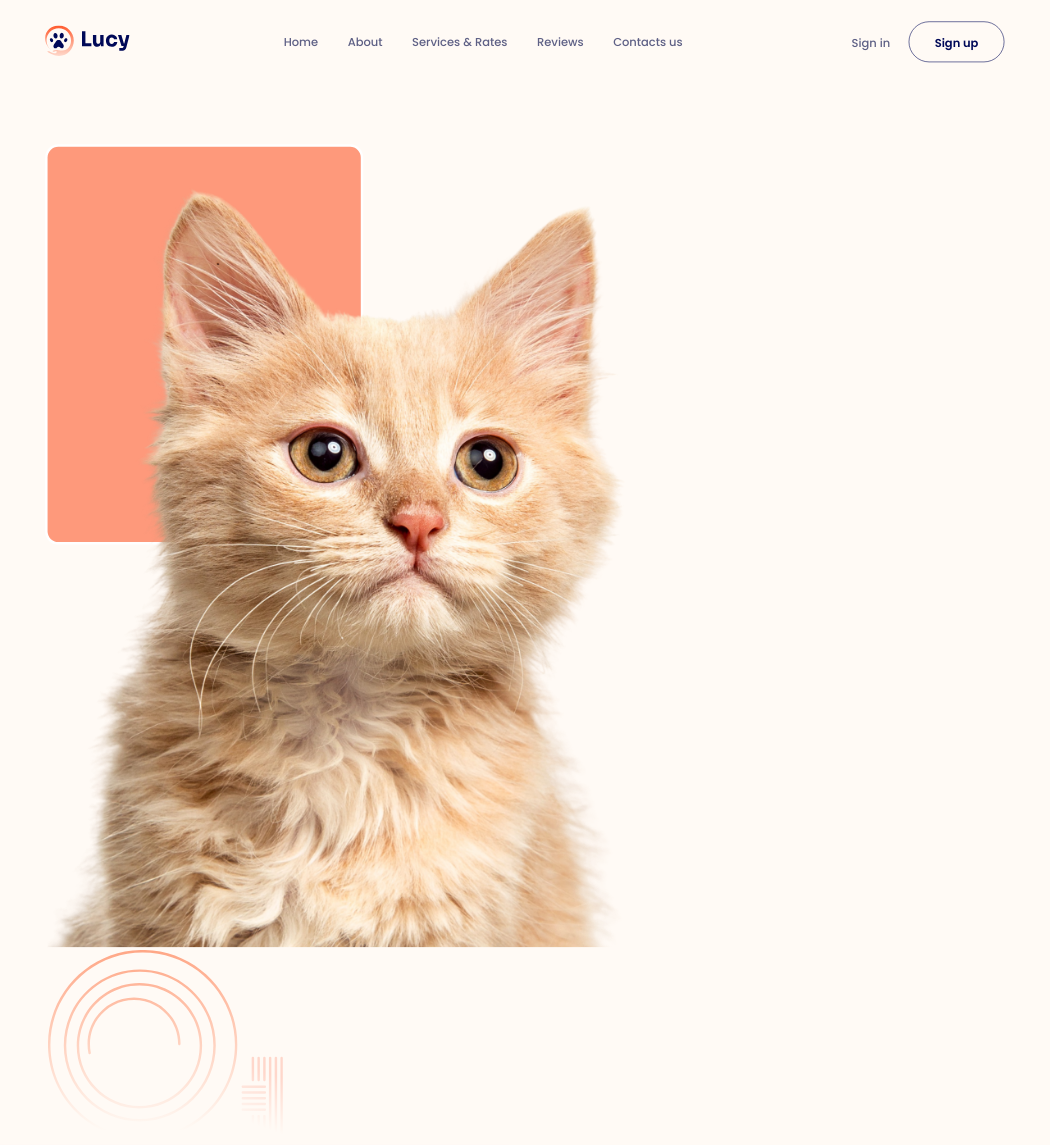
Repository: empty24062002/f8-project-05
Page: index.html
An editor plug-in stored every save of this project. The page is shown before and after the next save, followed by the edit.
The browser window is 1280 px wide. The pictures show the whole page, at 82% of full size.

Above is the page before, as saved 2023-09-09 17:17:31.

### index.html
<!DOCTYPE html>
<html lang="en">
    <head>
        <meta charset="UTF-8" />
        <meta name="viewport" content="width=device-width, initial-scale=1.0" />
        <title>Lucy</title>
        <!-- favicon -->
        <link
            rel="apple-touch-icon"
            sizes="57x57"
            href="./assets/favicon/apple-icon-57x57.png"
        />
        <link
            rel="apple-touch-icon"
            sizes="60x60"
            href="./assets/favicon/apple-icon-60x60.png"
        />
        <link
            rel="apple-touch-icon"
            sizes="72x72"
            href="./assets/favicon/apple-icon-72x72.png"
        />
        <link
            rel="apple-touch-icon"
            sizes="76x76"
            href="./assets/favicon/apple-icon-76x76.png"
        />
        <link
            rel="apple-touch-icon"
            sizes="114x114"
            href="./assets/favicon/apple-icon-114x114.png"
        />
        <link
            rel="apple-touch-icon"
            sizes="120x120"
            href="./assets/favicon/apple-icon-120x120.png"
        />
        <link
            rel="apple-touch-icon"
            sizes="144x144"
            href="./assets/favicon/apple-icon-144x144.png"
        />
        <link
            rel="apple-touch-icon"
            sizes="152x152"
            href="./assets/favicon/apple-icon-152x152.png"
        />
        <link
            rel="apple-touch-icon"
            sizes="180x180"
            href="./assets/favicon/apple-icon-180x180.png"
        />
        <link
            rel="icon"
            type="image/png"
            sizes="192x192"
            href="./assets/favicon/android-icon-192x192.png"
        />
        <link
            rel="icon"
            type="image/png"
            sizes="32x32"
            href="./assets/favicon/favicon-32x32.png"
        />
        <link
            rel="icon"
            type="image/png"
            sizes="96x96"
            href="./assets/favicon/favicon-96x96.png"
        />
        <link
            rel="icon"
            type="image/png"
            sizes="16x16"
            href="./assets/favicon/favicon-16x16.png"
        />
        <link rel="manifest" href="./assets/favicon/manifest.json" />
        <meta name="msapplication-TileColor" content="#ffffff" />
        <meta
            name="msapplication-TileImage"
            content="./assets/favicon/ms-icon-144x144.png"
        />
        <meta name="theme-color" content="#ffffff" />
        <!-- reset CSS -->
        <link rel="stylesheet" href="./assets/css/reset.css" />
        <!-- embed font -->
        <link rel="preconnect" href="https://fonts.googleapis.com" />
        <link rel="preconnect" href="https://fonts.gstatic.com" crossorigin />
        <link
            href="https://fonts.googleapis.com/css2?family=Poppins:wght@300;400;500;600&family=Sora:wght@600;700;800&display=swap"
            rel="stylesheet"
        />
        <!-- style css -->
        <link rel="stylesheet" href="./assets/css/styles.css" />
    </head>
    <body>
        <!-- header -->
        <header class="header">
            <div class="container">
                <div class="header__inner">
                    <!-- logo -->
                    <a href="#!">
                        <img
                            src="./assets/img/logo.svg"
                            alt="Lucy"
                            class="header__logo"
                        />
                    </a>
                    <!-- navbar -->
                    <nav class="navbar">
                        <ul class="navbar__list">
                            <li class="navbar__item">
                                <a href="#!" class="navbar__link"> Home </a>
                            </li>
                            <li class="navbar__item">
                                <a href="#!" class="navbar__link"> About </a>
                            </li>
                            <li class="navbar__item">
                                <a href="#!" class="navbar__link"
                                    >Services & Rates
                                </a>
                            </li>
                            <li class="navbar__item">
                                <a href="#!" class="navbar__link"> Reviews </a>
                            </li>
                            <li class="navbar__item">
                                <a href="#!" class="navbar__link">
                                    Contacts us
                                </a>
                            </li>
                        </ul>
                    </nav>
                    <!-- header action -->
                    <div class="header-action">
                        <a href="#!" class="header-action__link">Sign in</a>
                        <a href="#!" class="btn header-action__btn">Sign up</a>
                    </div>
                </div>
            </div>
        </header>
        <!-- hero -->
        <section class="hero">
            <div class="container">
                <div class="hero__inner">
                    <!-- hero media -->
                    <div class="hero__media">
                        <div class="hero__img-wrap">
                            <img
                                src="./assets/img/hero__img1.png"
                                alt=""
                                class="hero__img"
                            />

                            <!-- Decorators -->
                            <img
                                src="./assets/img/decor__01.svg"
                                alt=""
                                class="hero__decor"
                            />
                            <img
                                src="./assets/img/decor__02.svg"
                                alt=""
                                class="hero__decor"
                            />
                        </div>
                    </div>
                    <!-- hero content -->
                    <section class="hero__content"></section>
                </div>
            </div>
        </section>
    </body>
</html>

### assets/css/styles.css
* {
    box-sizing: border-box;
}

html {
    font-size: 62.5%;
}

body {
    font-size: 1.6rem;
    font-family: "Poppins", sans-serif;
    background: #fffaf5;
}

/* common */

h1,
h2,
h3,
h4,
h5,
h6 {
    font-family: "Sora", sans-serif;
}

input,
textarea,
select,
button {
    font-size: inherit;
    font-family: inherit;
}

a {
    text-decoration: none;
}

.container {
    width: 1170px;
    max-width: calc(100% - 48px);
    margin: 0 auto;
}

.btn {
    --height: 56px;

    display: inline-block;
    min-width: 130px;
    height: var(--height);
    line-height: var(--height);
    border: 1px solid rgb(0, 9, 88, 0.7);
    border-radius: 99px;
    color: #000958;
    text-align: center;
    font-size: 1.4rem;
    font-weight: 600;
}

.btn:hover {
    opacity: 0.8;
}

/* header */
.header {
    padding: 26px 0;
}

.header__inner {
    display: flex;
    justify-content: space-between;
    align-items: center;
}

.navbar__list {
    display: flex;
}

.navbar__link,
.header-action__link {
    padding: 8px 18px;
    color: #5e6085;
    font-size: 1.4rem;
    font-weight: 500;
    line-height: 1; /* 100% */
}

.navbar__link:hover {
    color: #000958;
    text-shadow: 1px 0 0 currentColor;
}

.header-action__btn {
    --height: 50px;

    min-width: 117px;
}

/* hero */
.hero {
    margin-top: 74px;
}

.hero__inner {
    display: flex;
    justify-content: space-between;
    align-items: center;
}

.hero__img-wrap {
    width: 388px;
    height: 488px;
    border: 3px solid #fff;
    border-radius: 16px;
    background: #fe997b;
}

Loaded but not shown: assets/css/reset.css (common file)

After the next save:
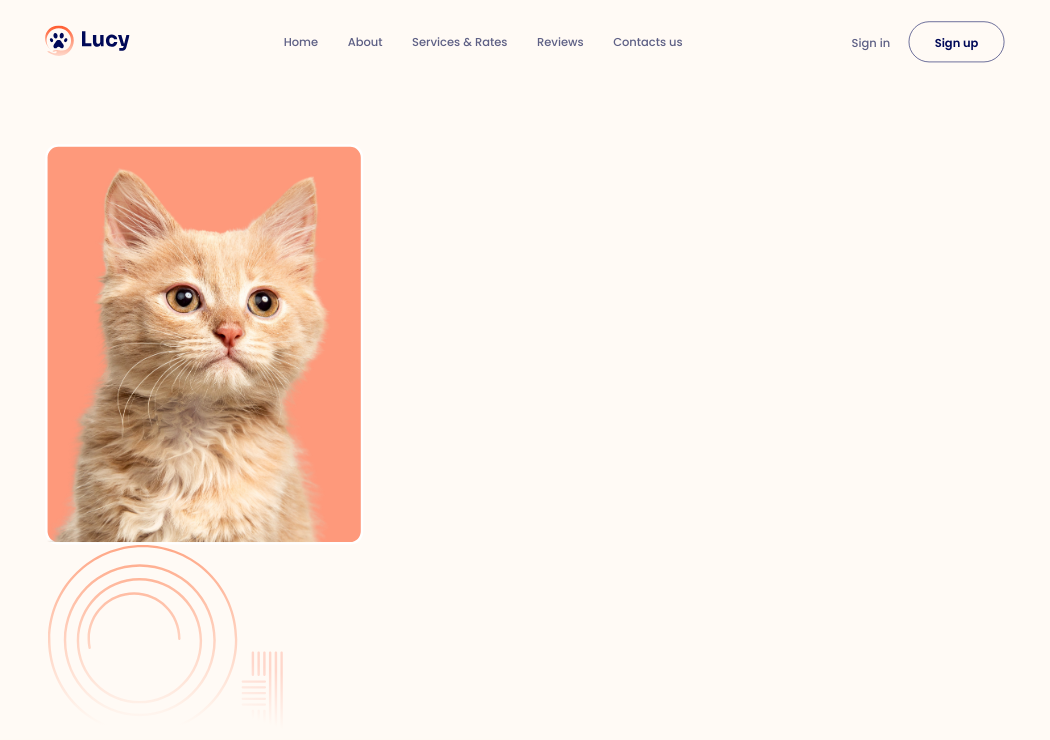
Saved 44 s later.
--- a/assets/css/styles.css
+++ b/assets/css/styles.css
@@ -113,3 +113,8 @@ a {
     border-radius: 16px;
     background: #fe997b;
 }
+
+.hero__img {
+    width: 100%;
+    height: 100%;
+}
